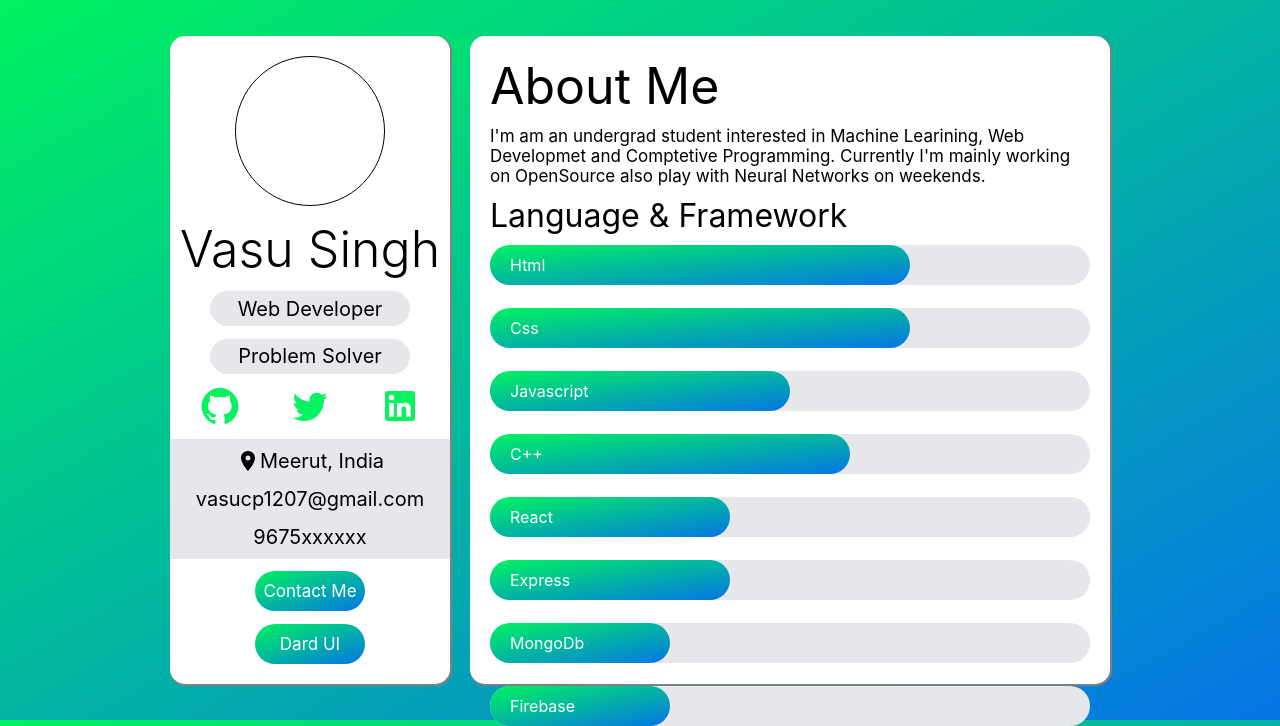
Repository: vasucp1207/grid-port
Page: /about
The author's editor kept a copy of each file at every save. The page is drawn from the files as they stood at one save, then again after a run of saves.
The browser window is 1280 px wide. The pictures show the whole page.
Some web fonts or font styles are not loaded; a fallback is used. The project was rebuilt for these pictures with package versions that can differ from the ones it lists, and the page was loaded fresh each time. Also part of the build but not shown: src/pages/Home.js, src/pages/Projects.js.

Above is the page before, as saved 2022-08-17 01:57:15.

### public/index.html
<!DOCTYPE html>
<html lang="en">
  <head>
    <meta charset="utf-8" />
    <link rel="icon" href="%PUBLIC_URL%/favicon.ico" />
    <meta name="viewport" content="width=device-width, initial-scale=1" />
    <meta name="theme-color" content="#000000" />
    <meta
      name="description"
      content="Web site created using create-react-app"
    />
    <link rel="apple-touch-icon" href="%PUBLIC_URL%/logo192.png" />
    <!--
      manifest.json provides metadata used when your web app is installed on a
      user's mobile device or desktop. See https://developers.google.com/web/fundamentals/web-app-manifest/
    -->
    <link rel="manifest" href="%PUBLIC_URL%/manifest.json" />
    <link rel="preconnect" href="https://fonts.googleapis.com">
<link rel="preconnect" href="https://fonts.gstatic.com" crossorigin>
<link href="https://fonts.googleapis.com/css2?family=Kantumruy+Pro:wght@200;300&family=Open+Sans:ital,wght@0,300;0,600;0,700;1,800&family=Poppins:wght@400;600&family=Raleway:wght@300&family=Roboto+Flex:opsz,wght@8..144,300;8..144,400;8..144,500&display=swap" rel="stylesheet">
    <!--
      Notice the use of %PUBLIC_URL% in the tags above.
      It will be replaced with the URL of the `public` folder during the build.
      Only files inside the `public` folder can be referenced from the HTML.

      Unlike "/favicon.ico" or "favicon.ico", "%PUBLIC_URL%/favicon.ico" will
      work correctly both with client-side routing and a non-root public URL.
      Learn how to configure a non-root public URL by running `npm run build`.
    -->
    <title>React App</title>
  </head>
  <body>
    <noscript>You need to enable JavaScript to run this app.</noscript>
    <div id="root"></div>
    <!--
      This HTML file is a template.
      If you open it directly in the browser, you will see an empty page.

      You can add webfonts, meta tags, or analytics to this file.
      The build step will place the bundled scripts into the <body> tag.

      To begin the development, run `npm start` or `yarn start`.
      To create a production bundle, use `npm run build` or `yarn build`.
    -->
  </body>
</html>

### src/index.css
body {
  margin: 0;
  font-family: -apple-system, BlinkMacSystemFont, 'Segoe UI', 'Roboto', 'Oxygen',
    'Ubuntu', 'Cantarell', 'Fira Sans', 'Droid Sans', 'Helvetica Neue',
    sans-serif;
  -webkit-font-smoothing: antialiased;
  -moz-osx-font-smoothing: grayscale;

  --gray: rgb(205, 195, 195);
  background-image: linear-gradient(to right bottom,#00f260,#0575e6);
}

::selection{
  background: rgb(71, 219, 106);
}

### src/App.js
import './App.css';
import { Link, Route, Routes } from 'react-router-dom';
import AboutMe from './pages/AboutMe';
import Home from './pages/Home';
import Projects from './pages/Projects';

function App() {
  return (
    <div>
      <Routes>
        <Route exact path="/" element={<Home />} />
        <Route exact path="/about" element={<AboutMe />} />
        <Route exact path="/projects" element={<Projects />} />
      </Routes>
    </div>
  );
}

export default App;

### src/App.css
:root {
  --d: 700ms;
  --e: cubic-bezier(0.19, 1, 0.22, 1);
  --font-sans: "Rubik", sans-serif;
  --font-serif: "Cardo", serif;
  font-family: Poppins;
}

* {
  box-sizing: border-box;
  padding: 0;
  margin: 0;
}

html, body {
  height: 100vh;
  width: 100vw;
}

body {
  display: grid;
  place-items: center;
}

.page-content {
  display: grid;
  width: 100vw;
  height: 100vh;
  margin: 0 auto;
}
@media (min-width: 600px) {
  .page-content {
    grid-template-columns: repeat(2, 1fr);
  }
}
@media (min-width: 800px) {
  .page-content {
    grid-template-columns: repeat(2, 1fr);
  }
}

.card {
  position: relative;
  display: flex;
  align-items: flex-end;
  overflow: hidden;
  padding: 1rem;
  width: 100%;
  text-align: center;
  color: whitesmoke;
  background-color: whitesmoke;
  box-shadow: 0 1px 1px rgba(0, 0, 0, 0.1), 0 2px 2px rgba(0, 0, 0, 0.1), 0 4px 4px rgba(0, 0, 0, 0.1), 0 8px 8px rgba(0, 0, 0, 0.1), 0 16px 16px rgba(0, 0, 0, 0.1);
}
@media (min-width: 600px) {
  .card {
    height: 100vh;
  }
}
.card:before {
  content: "";
  position: absolute;
  top: 0;
  left: 0;
  width: 100%;
  height: 110%;
  background-size: cover;
  background-position: 0 0;
  transition: transform calc(var(--d) * 1.5) var(--e);
  pointer-events: none;
}
.card:after {
  content: "";
  display: block;
  position: absolute;
  top: 0;
  left: 0;
  width: 100%;
  height: 200%;
  pointer-events: none;
  background-image: linear-gradient(to bottom, rgba(0, 0, 0, 0) 0%, rgba(0, 0, 0, 0.009) 11.7%, rgba(0, 0, 0, 0.034) 22.1%, rgba(0, 0, 0, 0.072) 31.2%, rgba(0, 0, 0, 0.123) 39.4%, rgba(0, 0, 0, 0.182) 46.6%, rgba(0, 0, 0, 0.249) 53.1%, rgba(0, 0, 0, 0.32) 58.9%, rgba(0, 0, 0, 0.394) 64.3%, rgba(0, 0, 0, 0.468) 69.3%, rgba(0, 0, 0, 0.54) 74.1%, rgba(0, 0, 0, 0.607) 78.8%, rgba(0, 0, 0, 0.668) 83.6%, rgba(0, 0, 0, 0.721) 88.7%, rgba(0, 0, 0, 0.762) 94.1%, rgba(0, 0, 0, 0.79) 100%);
  transform: translateY(-50%);
  transition: transform calc(var(--d) * 2) var(--e);
}
.card:nth-child(1):before {
  background-image: url(https://images.unsplash.com/photo-1493612276216-ee3925520721?ixlib=rb-1.2.1&ixid=MnwxMjA3fDB8MHxwaG90by1wYWdlfHx8fGVufDB8fHx8&auto=format&fit=crop&w=2864&q=80);
}
.card:nth-child(2):before {
  background-image: url(https://images.unsplash.com/photo-1492551557933-34265f7af79e?ixlib=rb-1.2.1&ixid=MnwxMjA3fDB8MHxwaG90by1wYWdlfHx8fGVufDB8fHx8&auto=format&fit=crop&w=1740&q=80);
}
.card:nth-child(3):before {
  background-image: url(https://images.unsplash.com/photo-1545243424-0ce743321e11?ixlib=rb-1.2.1&q=80&fm=jpg&crop=entropy&cs=tinysrgb&w=400&fit=max&ixid=eyJhcHBfaWQiOjE0NTg5fQ);
}
.card:nth-child(4):before {
  background-image: url(https://images.unsplash.com/photo-1531306728370-e2ebd9d7bb99?ixlib=rb-1.2.1&q=80&fm=jpg&crop=entropy&cs=tinysrgb&w=400&fit=max&ixid=eyJhcHBfaWQiOjE0NTg5fQ);
}

.content {
  position: relative;
  display: flex;
  flex-direction: column;
  align-items: center;
  width: 100%;
  padding: 1rem;
  transition: transform var(--d) var(--e);
  z-index: 1;
}
.content > * + * {
  margin-top: 1rem;
}

.title {
  font-size: 50px;
  font-weight: 400;
}

.copy {
  font-size: 30px;
}

.btn {
  cursor: pointer;
  margin-top: 1.5rem;
  padding: 0.75rem 1.5rem;
  font-size: 20px;
  letter-spacing: 0.025rem;
  text-transform: uppercase;
  color: white;
  background-color: black;
  border: none;
}
.btn:hover {
  background-color: white;
  color: black;
  transition: 0.3;
  border-radius: 7px;
}
.btn:focus {
  outline: 1px dashed yellow;
  outline-offset: 3px;
}

@media (hover: hover) and (min-width: 600px) {
  .card:after {
    transform: translateY(0);
  }

  .content {
    transform: translateY(calc(100% - 4.5rem));
  }
  .content > *:not(.title) {
    opacity: 0;
    transform: translateY(1rem);
    transition: transform var(--d) var(--e), opacity var(--d) var(--e);
  }

  .card:hover,
.card:focus-within {
    align-items: center;
  }
  .card:hover:before,
.card:focus-within:before {
    transform: translateY(-4%);
  }
  .card:hover:after,
.card:focus-within:after {
    transform: translateY(-50%);
  }
  .card:hover .content,
.card:focus-within .content {
    transform: translateY(0);
  }
  .card:hover .content > *:not(.title),
.card:focus-within .content > *:not(.title) {
    opacity: 1;
    transform: translateY(0);
    transition-delay: calc(var(--d) / 8);
  }

  .card:focus-within:before, .card:focus-within:after,
.card:focus-within .content,
.card:focus-within .content > *:not(.title) {
    transition-duration: 0s;
  }
}

### src/pages/AboutMe.js
import React from 'react'
import { motion } from 'framer-motion'
import styled from 'styled-components'
import GitHubIcon from '@mui/icons-material/GitHub';
import TwitterIcon from '@mui/icons-material/Twitter';
import LinkedInIcon from '@mui/icons-material/LinkedIn';
import LocationOnIcon from '@mui/icons-material/LocationOn';
import ProgressBar from '../components/ProgressBar';

function AboutMe() {

    const pageVarients = {
        initial: {
            opacity: 0
        },
        in: {
            opacity: 1
        },
        out: {
            opacity: 0
        }
    }

    return (
        <motion.div
            initial='initial'
            animate='in'
            exit='out'
            variants={pageVarients}
            transition={{ delay: 0.5, type: 'spring' }}
        >

            <Container>
                <Comp>
                    <Left>
                        <div class='avatar'></div>
                        <h1 class='name'>Vasu Singh</h1>
                        <div class='sim-btn'>Web Developer</div>
                        <div class='sim-btn'>Problem Solver</div>
                        <div class='icon-cont'>
                            <GitHubIcon className='icons' />
                            <TwitterIcon className='icons' />
                            <LinkedInIcon className='icons' />
                        </div>
                        <div class='address'>
                            <p class='city'><LocationOnIcon /> Meerut, India</p>
                            <p>vasucp1207@gmail.com</p>
                            <p>9675xxxxxx</p>
                        </div>
                        <div class='gb-btn'>Contact Me</div>
                        <div class='gb-btn'>Dard UI</div>
                    </Left>
                    <Right>
                        <h1 class='title'>About Me</h1>
                        <p class='des'>I'm am an undergrad student interested in Machine Learining, Web Developmet and Comptetive Programming. Currently I'm mainly working on OpenSource also play with Neural Networks on weekends.</p>
                        <h1 class='skills'>Language & Framework</h1>

                        <div class='all-bar'>
                            <ProgressBar lang='Html' per='70%' />
                            <ProgressBar lang='Css' per='70%' />
                            <ProgressBar lang='Javascript' per='50%' />
                            <ProgressBar lang='C++' per='60%' />
                            <ProgressBar lang='React' per='40%' />
                            <ProgressBar lang='Express' per='40%' />
                            <ProgressBar lang='MongoDb' per='30%' />
                            <ProgressBar lang='Firebase' per='30%' />
                        </div>

                    </Right>
                </Comp>

            </Container>
        </motion.div>
    )
}

export default AboutMe

const Container = styled.div`
    background: white;
`

const Comp = styled.div`
    display: flex;
    gap: 20px;
    background-image: linear-gradient(to right bottom,#00f260,#0575e6);
`

const Left = styled.div`
    height: 90vh;
    width: 280px;
    box-shadow: 1px 1px 1px 1px gray;
    display: flex;
    justify-content: space-between;
    align-items: center;
    flex-direction: column;
    padding-bottom: 20px;
    background: white;
    border-radius: 15px;

    .avatar{
        margin-top: 20px;
        height: 150px;
        border: 1px solid black;
        width: 150px;
        border-radius: 50%;
    }

    .name{
        font-size: 50px;
        font-weight: 300;
    }

    .sim-btn{
        font-size: 20px;
        background: rgb(229,231,235);
        width: 200px;
        height: 35px;
        border-radius: 9999px;
        display: flex;
        justify-content: center;
        align-items: center;
    }

    .icon-cont{
        width: 280px;
        padding-left: 30px;
        padding-right: 30px;
        display: flex;
        justify-content: space-between;
        align-items: center;
    }

    .icons{
        height: 40px;
        width: 40px;
        color: #07f260;
        cursor: pointer;

        :hover{
            color: black;
        }
    }

    .address{
        background: rgb(229,231,235);;
        font-size: 20px;
        display: flex;
        flex-direction: column;
        align-items: center;
        justify-content: space-between;
        width: 280px;
        height: 120px;
        padding: 10px;
    }

    .gb-btn{
        width: 110px;
        border-radius: 9999px;
        background-image: linear-gradient(to right bottom,#00f260,#0575e6);
        color: white;
        font-size: 17px;
        height: 40px;
        display: flex;
        justify-content: center;
        align-items: center;
        cursor: pointer;
    }

    .city{
        display: flex;
        justify-content: center;
        align-items: center;
    }
`

const Right = styled.div`
    height: 90vh;
    width: 50vw;
    box-shadow: 1px 1px 1px 1px gray;
    background: white;
    border-radius: 15px;
    padding: 20px;

    .title{
        font-weight: 400;
        margin-bottom: 10px;
    }

    .des{
        font-size: 17px;
        margin-bottom: 10px;
    }

    .skills{
        font-weight: 400;
    }

    .all-bar{
        margin-top: 10px;
        display: flex;
        flex-direction: column;
        justify-content: space-between;
        gap: 23px;
    }
`

### src/components/ProgressBar.js
import React from 'react'
import styled from 'styled-components'
import { keyframes } from 'styled-components';
import { motion } from 'framer-motion'

function ProgressBar({ lang, per }) {
    return (
        <Contanier>
            <div class='bar'>
                <motion.div className='fill'
                    animate={{ width: per }}
                    transition={{ duration: 2 }}
                >
                    <p class='lang'>{lang}</p>
                </motion.div>
            </div>
        </Contanier>
    )
}

export default ProgressBar

const Contanier = styled.div`
    .bar{
        width: 100%;
        height: 40px;
        border-radius: 9999px;
        background: rgb(229,231,235);
    }

    .fill{
        display: flex;
        align-items: center;
        padding: 20px;
        width: 0;
        border-radius: 9999px;
        height: 30px;
        background-image: linear-gradient(to right bottom,#00f260,#0575e6);
    }

    .lang{
        color: white;
    }
`

Loaded but not shown: src/index.js (common file)

After the next 2 saves:
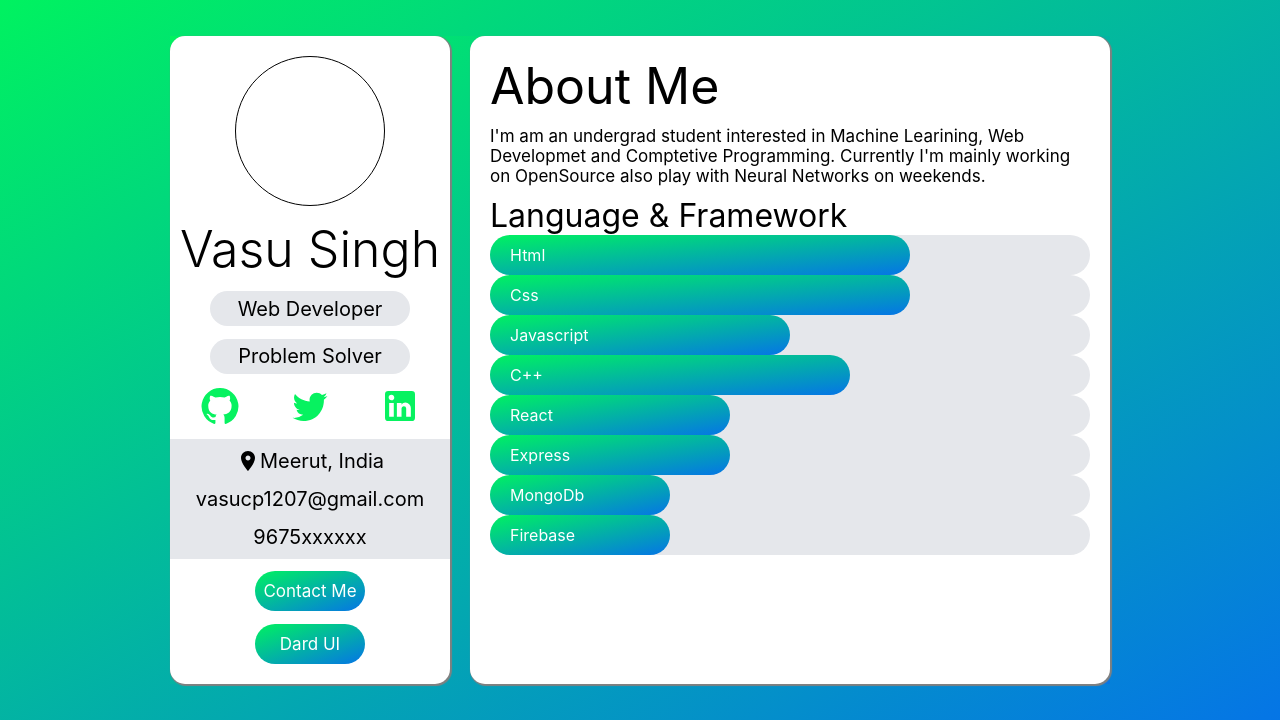
The 2 saves are shown as one change because they came seconds apart.
The last was saved 31 s later.
--- a/src/pages/AboutMe.js
+++ b/src/pages/AboutMe.js
@@ -197,9 +197,8 @@ const Right = styled.div`
     }
 
     .all-bar{
+        dis
         margin-top: 10px;
-        display: flex;
-        flex-direction: column;
         justify-content: space-between;
         gap: 23px;
     }
